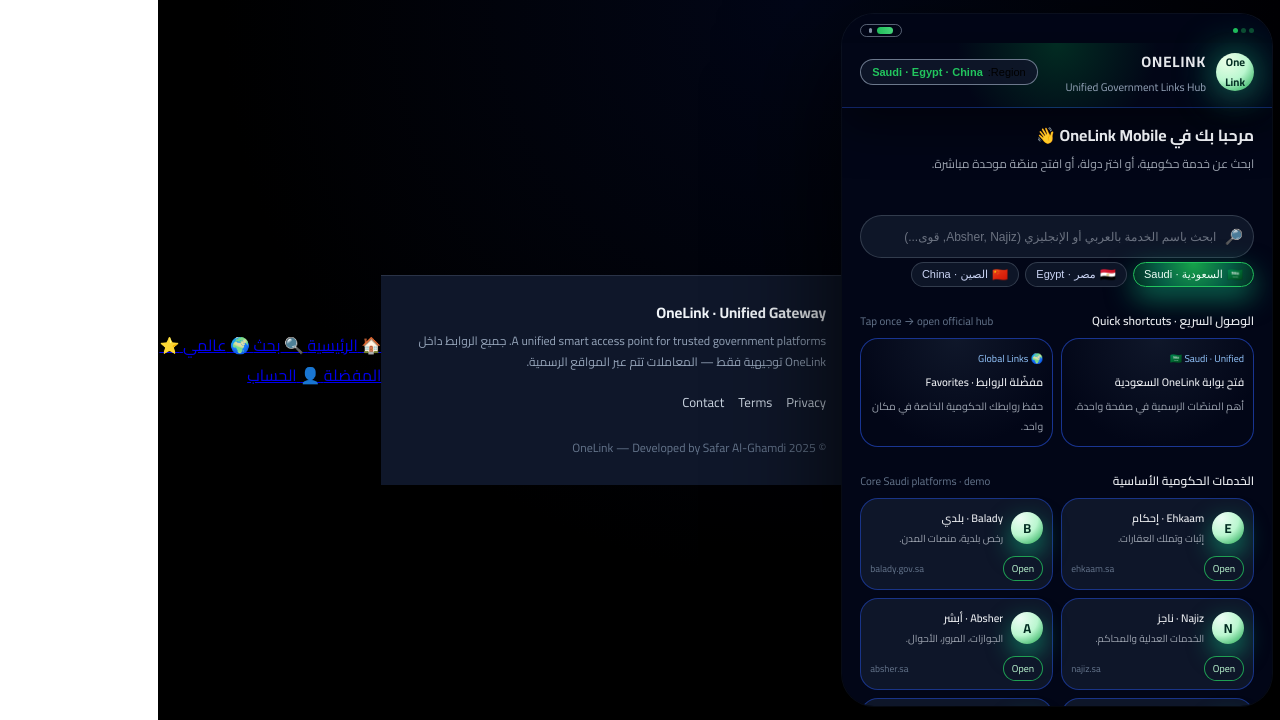
Repository: seesafar/GovLinksApp
Page: docs/app-ui/app-home-global.html
An editor plug-in stored every save of this project. The page is shown before and after a run of saves, followed by the edit.
The browser window is 1280 px wide. The pictures show the whole page.
An inner scrolling area shows only its first screen.

Above is the page before, as saved 2025-12-01 09:39:24.

### docs/app-ui/app-home-global.html
<!DOCTYPE html>
<html lang="ar" dir="rtl">
<head>
  <meta charset="UTF-8" />
  <title>OneLink Mobile · Home</title>
  <meta name="viewport" content="width=device-width, initial-scale=1.0" />

  <!-- خط Cairo (نفس طابع OneLink) -->
  <link rel="preconnect" href="https://fonts.googleapis.com" />
  <link rel="preconnect" href="https://fonts.gstatic.com" crossorigin />
  <link
    href="https://fonts.googleapis.com/css2?family=Cairo:wght@400;600;700&display=swap"
    rel="stylesheet"
  />

  <style>
    * {
      box-sizing: border-box;
      margin: 0;
      padding: 0;
    }

    body {
      min-height: 100vh;
      font-family: "Cairo", system-ui, -apple-system, "Segoe UI", sans-serif;
      background: radial-gradient(circle at top, #020617 0, #000 60%, #000 100%);
      display: flex;
      align-items: center;
      justify-content: center;
      color: #e5e7eb;
    }

    .app-frame {
      width: 100%;
      max-width: 430px;
      height: 820px;
      max-height: 96vh;
      border-radius: 32px;
      background: radial-gradient(circle at top, #020617 0, #020617 40%, #020617 100%);
      box-shadow:
        0 40px 120px rgba(0, 0, 0, 0.9),
        0 0 0 1px rgba(15, 23, 42, 0.9);
      overflow: hidden;
      display: flex;
      flex-direction: column;
      position: relative;
    }

    /* شريط علوي */
    .top-status {
      padding: 10px 18px 6px;
      display: flex;
      justify-content: space-between;
      align-items: center;
      font-size: 11px;
      color: #9ca3af;
    }

    .signal-dots {
      display: flex;
      gap: 3px;
    }

    .signal-dots span {
      width: 5px;
      height: 5px;
      border-radius: 999px;
      background: #22c55e;
      opacity: 0.35;
    }

    .signal-dots span:nth-child(3) {
      opacity: 1;
    }

    .battery {
      border-radius: 999px;
      padding: 2px 8px;
      border: 1px solid rgba(148, 163, 184, 0.6);
      display: flex;
      align-items: center;
      gap: 5px;
    }

    .battery-bar {
      width: 16px;
      height: 7px;
      border-radius: 999px;
      background: linear-gradient(90deg, #22c55e, #4ade80);
    }

    .battery-tip {
      width: 3px;
      height: 5px;
      border-radius: 2px;
      background: rgba(148, 163, 184, 0.9);
    }

    /* هيدر التطبيق */
    .app-header {
      padding: 4px 18px 10px;
      display: flex;
      justify-content: space-between;
      align-items: center;
      border-bottom: 1px solid rgba(30, 64, 175, 0.5);
      background: radial-gradient(circle at top, #022c22 0, #020617 45%, #020617 100%);
      box-shadow: 0 18px 45px rgba(0, 0, 0, 0.5);
    }

    .brand-left {
      display: flex;
      align-items: center;
      gap: 10px;
    }

    .brand-orb {
      width: 38px;
      height: 38px;
      border-radius: 999px;
      background: radial-gradient(circle at 30% 20%, #ecfee8, #bbf7d0, #16a34a);
      box-shadow:
        0 0 40px rgba(16, 185, 129, 0.8),
        0 8px 26px rgba(15, 23, 42, 0.9);
      display: flex;
      align-items: center;
      justify-content: center;
      font-size: 11px;
      color: #022c22;
      font-weight: 700;
    }

    .brand-texts {
      display: flex;
      flex-direction: column;
      gap: 1px;
    }

    .brand-texts h1 {
      font-size: 15px;
      letter-spacing: 0.06em;
    }

    .brand-texts span {
      font-size: 11px;
      color: #94a3b8;
    }

    .region-pill {
      font-size: 11px;
      border-radius: 999px;
      padding: 6px 11px;
      background: rgba(15, 23, 42, 0.9);
      border: 1px solid rgba(148, 163, 184, 0.7);
      display: inline-flex;
      align-items: center;
      gap: 5px;
      cursor: pointer;
    }

    .region-pill strong {
      color: #22c55e;
    }

    /* المحتوى */
    .content {
      flex: 1;
      padding: 10px 18px 12px;
      display: flex;
      flex-direction: column;
      gap: 12px;
      overflow-y: auto;
      scrollbar-width: thin;
      scrollbar-color: #22c55e transparent;
    }

    .welcome {
      margin-top: 2px;
    }

    .welcome h2 {
      font-size: 16px;
      margin-bottom: 2px;
    }

    .welcome p {
      font-size: 12px;
      color: #9ca3af;
    }

    /* البحث */
    .search-box {
      margin-top: 4px;
      background: rgba(15, 23, 42, 0.96);
      border-radius: 999px;
      border: 1px solid rgba(55, 65, 81, 0.9);
      padding: 6px 10px;
      display: flex;
      align-items: center;
      gap: 8px;
    }

    .search-icon {
      font-size: 15px;
      opacity: 0.9;
    }

    .search-input {
      flex: 1;
      border: none;
      outline: none;
      background: transparent;
      color: #e5e7eb;
      font-size: 12px;
    }

    .search-input::placeholder {
      color: #6b7280;
    }

    /* محوّل الدول السريع */
    .region-row {
      display: flex;
      gap: 6px;
      margin-top: 4px;
      flex-wrap: wrap;
    }

    .region-chip {
      border-radius: 999px;
      padding: 4px 10px;
      font-size: 11px;
      border: 1px solid rgba(55, 65, 81, 0.9);
      background: rgba(15, 23, 42, 0.92);
      color: #cbd5f5;
      display: inline-flex;
      align-items: center;
      gap: 4px;
      cursor: pointer;
    }

    .region-chip span.flag {
      font-size: 13px;
    }

    .region-chip--active {
      border-color: #22c55e;
      background: radial-gradient(circle at top, #16a34a 0, #065f46 55%, #022c22 100%);
      color: #ecfdf5;
      box-shadow: 0 10px 28px rgba(16, 185, 129, 0.6);
    }

    /* قسم المختصرات */
    .section-title {
      margin-top: 10px;
      font-size: 12px;
      color: #9ca3af;
      display: flex;
      justify-content: space-between;
      align-items: center;
    }

    .section-title span.label {
      font-weight: 600;
      color: #e5e7eb;
    }

    .section-title span.mini {
      font-size: 11px;
      color: #64748b;
    }

    .quick-actions {
      margin-top: 6px;
      display: grid;
      grid-template-columns: repeat(2, minmax(0, 1fr));
      gap: 8px;
    }

    .quick-card {
      border-radius: 18px;
      background: radial-gradient(circle at top, #0f172a 0, #020617 75%);
      border: 1px solid rgba(30, 64, 175, 0.8);
      padding: 10px 9px;
      font-size: 11px;
      display: flex;
      flex-direction: column;
      gap: 4px;
      cursor: pointer;
      transition: transform 0.14s ease, box-shadow 0.14s ease, border-color 0.14s ease;
    }

    .quick-card:hover {
      transform: translateY(-2px);
      box-shadow: 0 14px 30px rgba(15, 23, 42, 0.9);
      border-color: #22c55e;
    }

    .quick-tag {
      font-size: 10px;
      color: #93c5fd;
    }

    .quick-main {
      font-weight: 600;
    }

    .quick-sub {
      color: #9ca3af;
      font-size: 10.5px;
    }

    /* كروت الخدمات */
    .services-grid {
      margin-top: 6px;
      display: grid;
      grid-template-columns: repeat(2, minmax(0, 1fr));
      gap: 8px;
    }

    .service-card {
      border-radius: 18px;
      background: rgba(15, 23, 42, 0.98);
      border: 1px solid rgba(30, 64, 175, 0.7);
      padding: 9px 9px 8px;
      display: flex;
      flex-direction: column;
      gap: 5px;
      font-size: 11px;
      cursor: pointer;
      transition: transform 0.14s ease, box-shadow 0.14s ease, border-color 0.14s ease;
    }

    .service-card:hover {
      transform: translateY(-1px);
      border-color: #22c55e;
      box-shadow: 0 12px 28px rgba(15, 23, 42, 0.9);
    }

    .service-top {
      display: flex;
      gap: 8px;
      align-items: center;
    }

    .service-icon {
      width: 32px;
      height: 32px;
      border-radius: 999px;
      background: radial-gradient(circle at 30% 20%, #ecfdf5, #bbf7d0, #16a34a);
      display: flex;
      align-items: center;
      justify-content: center;
      color: #022c22;
      font-weight: 700;
      font-size: 13px;
      flex-shrink: 0;
      box-shadow: 0 10px 24px rgba(16, 185, 129, 0.65);
    }

    .service-names {
      flex: 1;
      display: flex;
      flex-direction: column;
      gap: 1px;
    }

    .service-title {
      font-weight: 600;
    }

    .service-sub {
      font-size: 10px;
      color: #9ca3af;
    }

    .service-meta {
      display: flex;
      justify-content: space-between;
      align-items: center;
      font-size: 10px;
      color: #9ca3af;
      margin-top: 3px;
    }

    .service-badge {
      border-radius: 999px;
      padding: 2px 8px;
      background: rgba(15, 23, 42, 0.98);
      border: 1px solid rgba(34, 197, 94, 0.8);
      color: #bbf7d0;
      font-size: 10px;
    }

    .service-link-mini {
      font-size: 9.5px;
      color: #64748b;
      direction: ltr;
    }

    /* ملحوظة أسفل الخدمات */
    .note {
      margin-top: 4px;
      font-size: 9.5px;
      color: #6b7280;
      text-align: center;
      line-height: 1.6;
    }

    /* التاب بار السفلي */
    .tabbar {
      height: 62px;
      border-top: 1px solid rgba(30, 64, 175, 0.6);
      background: radial-gradient(circle at top, #020617 0, #000 80%);
      display: flex;
      align-items: center;
      justify-content: space-around;
      padding: 6px 10px 8px;
    }

    .tab-item {
      display: flex;
      flex-direction: column;
      align-items: center;
      gap: 3px;
      font-size: 10px;
      color: #6b7280;
      cursor: pointer;
    }

    .tab-icon {
      width: 26px;
      height: 26px;
      border-radius: 999px;
      border: 1px solid rgba(55, 65, 81, 0.9);
      display: flex;
      align-items: center;
      justify-content: center;
      font-size: 13px;
    }

    .tab-item--active {
      color: #22c55e;
    }

    .tab-item--active .tab-icon {
      border-color: #22c55e;
      background: radial-gradient(circle at top, #16a34a 0, #022c22 70%);
      box-shadow: 0 12px 26px rgba(16, 185, 129, 0.7);
    }
  </style>
</head>
<body>
  <div data-include="../core/layout/header.html"></div>
  <div class="app-frame">
    <!-- شريط أعلى بسيط (إشارة جوال) -->
    <div class="top-status">
      <div class="signal-dots">
        <span></span><span></span><span></span>
      </div>
      <div class="battery">
        <div class="battery-bar"></div>
        <div class="battery-tip"></div>
      </div>
    </div>

    <!-- هيدر التطبيق -->
    <header class="app-header">
      <div class="brand-left">
        <div class="brand-orb">
          One<br>Link
        </div>
        <div class="brand-texts">
          <h1>ONELINK</h1>
          <span>Unified Government Links Hub</span>
        </div>
      </div>

      <button class="region-pill" type="button">
        <span>Region:</span>
        <strong>Saudi · Egypt · China</strong>
      </button>
    </header>
<div class="region-tabs">
  <!-- tabs السعودية - مصر - الصين - عالمي -->
</div>
    <!-- المحتوى الرئيسي -->
    <main class="content">
      <section class="welcome">
        <h2>مرحبا بك في OneLink Mobile 👋</h2>
        <p>ابحث عن خدمة حكومية، أو اختر دولة، أو افتح منصّة موحدة مباشرة.</p>
      </section>
<div class="global-search-box">
  <!-- صندوق البحث + الأيقونة -->
</div>
<div class="main-sections">
  <!-- الكروت: خدمات أساسية - اختصارات - روابط موثوقة -->
</div>
      <!-- البحث -->
      <section>
        <div class="search-box">
          <span class="search-icon">🔎</span>
          <input
            class="search-input"
            type="search"
            placeholder="ابحث باسم الخدمة بالعربي أو الإنجليزي (Absher, Najiz, قوى...)"
          />
        </div>

        <div class="region-row">
          <button class="region-chip region-chip--active" type="button">
            <span class="flag">🇸🇦</span> السعودية · Saudi
          </button>
          <button class="region-chip" type="button">
            <span class="flag">🇪🇬</span> مصر · Egypt
          </button>
          <button class="region-chip" type="button">
            <span class="flag">🇨🇳</span> الصين · China
          </button>
        </div>
      </section>

      <!-- مختصرات -->
      <section>
        <div class="section-title">
          <span class="label">الوصول السريع · Quick shortcuts</span>
          <span class="mini">Tap once → open official hub</span>
        </div>

        <div class="quick-actions">
          <div class="quick-card">
            <span class="quick-tag">🇸🇦 Saudi · Unified</span>
            <div class="quick-main">فتح بوابة OneLink السعودية</div>
            <div class="quick-sub">أهم المنصّات الرسمية في صفحة واحدة.</div>
          </div>

          <div class="quick-card">
            <span class="quick-tag">🌍 Global Links</span>
            <div class="quick-main">مفضّلة الروابط · Favorites</div>
            <div class="quick-sub">حفظ روابطك الحكومية الخاصة في مكان واحد.</div>
          </div>
        </div>
      </section>

      <!-- خدمات أساسية -->
      <section>
        <div class="section-title">
          <span class="label">الخدمات الحكومية الأساسية</span>
          <span class="mini">Core Saudi platforms · demo</span>
        </div>

        <div class="services-grid">
          <!-- Ehkaam -->
          <article class="service-card">
            <div class="service-top">
              <div class="service-icon">E</div>
              <div class="service-names">
                <div class="service-title">Ehkaam · إحكام</div>
                <div class="service-sub">إثبات وتملك العقارات.</div>
              </div>
            </div>
            <div class="service-meta">
              <span class="service-badge">Open</span>
              <span class="service-link-mini">ehkaam.sa</span>
            </div>
          </article>

          <!-- Balady -->
          <article class="service-card">
            <div class="service-top">
              <div class="service-icon">B</div>
              <div class="service-names">
                <div class="service-title">Balady · بلدي</div>
                <div class="service-sub">رخص بلدية، منصات المدن.</div>
              </div>
            </div>
            <div class="service-meta">
              <span class="service-badge">Open</span>
              <span class="service-link-mini">balady.gov.sa</span>
            </div>
          </article>

          <!-- Najiz -->
          <article class="service-card">
            <div class="service-top">
              <div class="service-icon">N</div>
              <div class="service-names">
                <div class="service-title">Najiz · ناجز</div>
                <div class="service-sub">الخدمات العدلية والمحاكم.</div>
              </div>
            </div>
            <div class="service-meta">
              <span class="service-badge">Open</span>
              <span class="service-link-mini">najiz.sa</span>
            </div>
          </article>

          <!-- Absher -->
          <article class="service-card">
            <div class="service-top">
              <div class="service-icon">A</div>
              <div class="service-names">
                <div class="service-title">Absher · أبشر</div>
                <div class="service-sub">الجوازات، المرور، الأحوال.</div>
              </div>
            </div>
            <div class="service-meta">
              <span class="service-badge">Open</span>
              <span class="service-link-mini">absher.sa</span>
            </div>
          </article>

          <!-- Tawakkalna -->
          <article class="service-card">
            <div class="service-top">
              <div class="service-icon">T</div>
              <div class="service-names">
                <div class="service-title">Tawakkalna · توكلنا</div>
                <div class="service-sub">هوية رقمية وخدمات عامة.</div>
              </div>
            </div>
            <div class="service-meta">
              <span class="service-badge">Open</span>
              <span class="service-link-mini">tawakkalna.sa</span>
            </div>
          </article>

          <!-- Nafath -->
          <article class="service-card">
            <div class="service-top">
              <div class="service-icon">ID</div>
              <div class="service-names">
                <div class="service-title">Nafath · نفاذ</div>
                <div class="service-sub">دخول موحّد للخدمات الرقمية.</div>
              </div>
            </div>
            <div class="service-meta">
              <span class="service-badge">Open</span>
              <span class="service-link-mini">iam.gov.sa</span>
            </div>
          </article>
        </div>
      </section>

      <p class="note">
        هذا التصميم واجهة تجريبية (Concept UI) لتطبيق OneLink Mobile — جميع الروابط
        الحقيقية ستفتح دائماً في المواقع الحكومية الرسمية فقط.
      </p>
       </main>
  </div> <!-- end app-frame -->

  <!-- الفوتر العام للموقع (اختياري) -->
  <div data-include="../core/layout/footer.html"></div>

  <!-- شريط التبويب السفلي الموحد -->
  <div data-include="../core/layout/bottom-nav.html"></div>

  <!-- ملف دمج الهيدر/الفوتر -->
  <script src="../core/js/include.js"></script>
</body>
</html>

### core/i18n/include.js
// include.js
// =======================
// Universal Header & Footer Loader
// For OneLink (Saudi - Egypt - China - EN)
// =======================

async function includeHTML() {

  const elements = document.querySelectorAll("[data-include]");

  for (const el of elements) {
    const file = el.getAttribute("data-include");

    try {
      const response = await fetch(file);

      if (!response.ok) {
        el.innerHTML = `<div style="color:red">Error loading: ${file}</div>`;
        continue;
      }

      const html = await response.text();
      el.innerHTML = html;
    } catch (err) {
      el.innerHTML = `<div style="color:red">Include failed: ${file}</div>`;
    }
  }
}

// Run on page load
document.addEventListener("DOMContentLoaded", includeHTML);

### core/i18n/header.html
<header class="ol-docs-header">
  <div class="ol-docs-header-inner">
    <!-- الشعار + اسم OneLink -->
    <a href="index-en.html" class="ol-docs-brand">
      <div class="ol-docs-logo-circle">OL</div>
      <div class="ol-docs-brand-text">
        <span class="ol-docs-brand-title">OneLink</span>
        <span class="ol-docs-brand-sub">Unified Government Services</span>
      </div>
    </a>

    <!-- روابط التنقّل الرئيسية -->
    <nav class="ol-docs-nav">
      <a href="index-en.html">Home</a>
      <a href="about-en.html">About OneLink</a>
      <a href="services-sa.html">Saudi</a>
      <a href="services-egypt.html">Egypt</a>
      <a href="services-china.html">China</a>
    </nav>

    <!-- التحويل بين AR / EN للـ docs -->
    <div class="ol-docs-lang">
      <a href="index-ar.html">العربية</a>
      <span class="ol-docs-lang-sep">·</span>
      <a href="index-en.html" class="is-active">EN</a>
    </div>
  </div>
</header>

### core/i18n/footer.html
<footer class="onelink-footer">
  <div class="footer-inner">

    <div class="footer-left">
      <h3 class="footer-title">OneLink · Unified Gateway</h3>
      <p class="footer-desc">
        A unified smart access point for trusted government platforms.
        جميع الروابط داخل OneLink توجيهية فقط — المعاملات تتم عبر المواقع الرسمية.
      </p>
    </div>

    <div class="footer-links">
      <a href="#">Privacy</a>
      <a href="#">Terms</a>
      <a href="#">Contact</a>
    </div>

    <div class="footer-copy">
      © 2025 OneLink — Developed by Safar Al-Ghamdi
    </div>

  </div>
</footer>

<style>
  .onelink-footer {
    background: #0f172a;
    border-top: 1px solid rgba(148, 163, 184, 0.2);
    padding: 22px 0 26px;
    margin-top: 40px;
    color: #cbd5e1;
    font-family: "Cairo", sans-serif;
  }

  .footer-inner {
    max-width: 1100px;
    margin: 0 auto;
    padding: 0 16px;
    display: flex;
    flex-direction: column;
    gap: 18px;
  }

  .footer-title {
    font-size: 15px;
    font-weight: 700;
    margin-bottom: 4px;
    color: #f1f5f9;
  }

  .footer-desc {
    font-size: 12px;
    color: #94a3b8;
    line-height: 1.7;
  }

  .footer-links {
    display: flex;
    gap: 14px;
    font-size: 13px;
  }

  .footer-links a {
    color: #cbd5e1;
    text-decoration: none;
  }

  .footer-links a:hover {
    color: #38bdf8;
  }

  .footer-copy {
    font-size: 12px;
    color: #64748b;
    margin-top: 4px;
  }
</style>

### core/i18n/bottom-nav.html
<nav class="bottom-nav">
  <a href="../app-ui/app-home-global.html" class="nav-item" data-tab="home">
    <span class="nav-icon">🏠</span>
    <span class="nav-label">الرئيسية</span>
  </a>

  <a href="../app-ui/app-deep-search.html" class="nav-item" data-tab="search">
    <span class="nav-icon">🔍</span>
    <span class="nav-label">بحث</span>
  </a>

  <a href="../app-ui/app-global-hub.html" class="nav-item" data-tab="hub">
    <span class="nav-icon">🌍</span>
    <span class="nav-label">عالمي</span>
  </a>

  <a href="../app-ui/app-favorites-global.html" class="nav-item" data-tab="fav">
    <span class="nav-icon">⭐</span>
    <span class="nav-label">المفضلة</span>
  </a>

  <a href="../app-ui/app-account.html" class="nav-item" data-tab="account">
    <span class="nav-icon">👤</span>
    <span class="nav-label">الحساب</span>
  </a>
</nav>

After the next 2 saves:
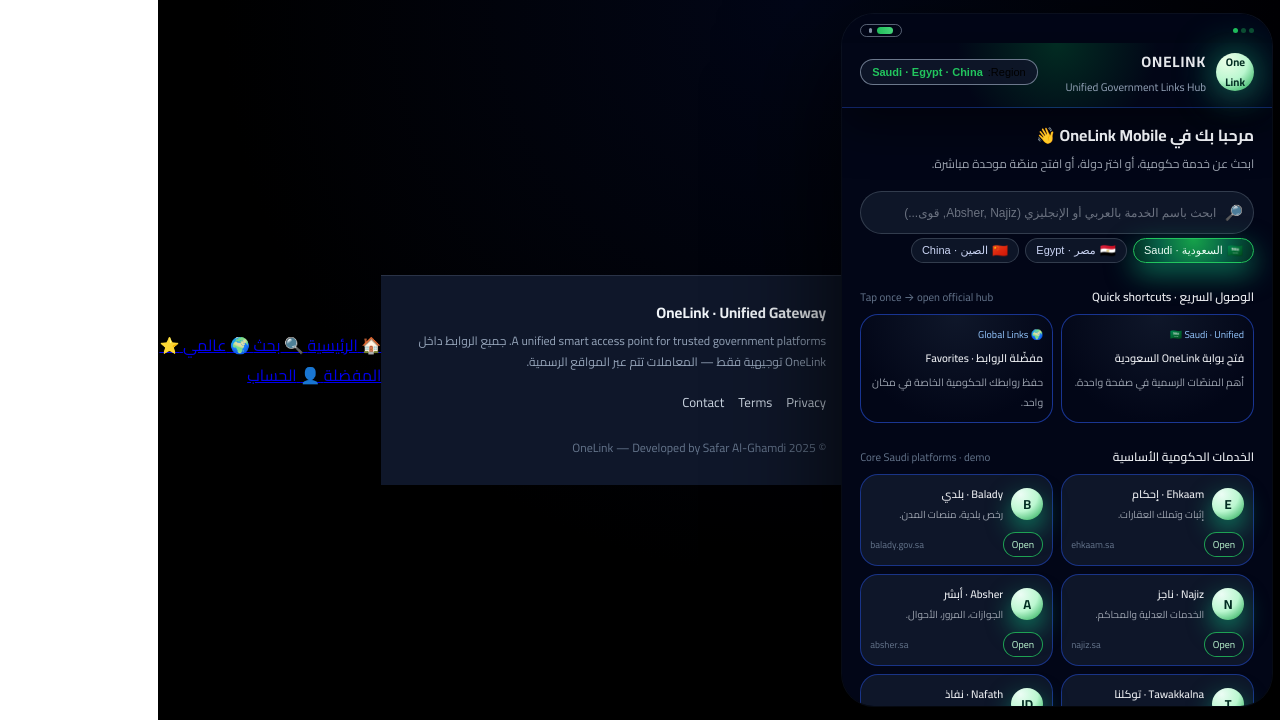
The 2 saves are shown as one change because they came seconds apart.
The last was saved 6 min 8 s later.
--- a/docs/app-ui/app-home-global.html
+++ b/docs/app-ui/app-home-global.html
@@ -405,52 +405,11 @@
       text-align: center;
       line-height: 1.6;
     }
-
-    /* التاب بار السفلي */
-    .tabbar {
-      height: 62px;
-      border-top: 1px solid rgba(30, 64, 175, 0.6);
-      background: radial-gradient(circle at top, #020617 0, #000 80%);
-      display: flex;
-      align-items: center;
-      justify-content: space-around;
-      padding: 6px 10px 8px;
-    }
-
-    .tab-item {
-      display: flex;
-      flex-direction: column;
-      align-items: center;
-      gap: 3px;
-      font-size: 10px;
-      color: #6b7280;
-      cursor: pointer;
-    }
-
-    .tab-icon {
-      width: 26px;
-      height: 26px;
-      border-radius: 999px;
-      border: 1px solid rgba(55, 65, 81, 0.9);
-      display: flex;
-      align-items: center;
-      justify-content: center;
-      font-size: 13px;
-    }
-
-    .tab-item--active {
-      color: #22c55e;
-    }
-
-    .tab-item--active .tab-icon {
-      border-color: #22c55e;
-      background: radial-gradient(circle at top, #16a34a 0, #022c22 70%);
-      box-shadow: 0 12px 26px rgba(16, 185, 129, 0.7);
-    }
   </style>
 </head>
 <body>
   <div data-include="../core/layout/header.html"></div>
+
   <div class="app-frame">
     <!-- شريط أعلى بسيط (إشارة جوال) -->
     <div class="top-status">
@@ -480,21 +439,14 @@
         <strong>Saudi · Egypt · China</strong>
       </button>
     </header>
-<div class="region-tabs">
-  <!-- tabs السعودية - مصر - الصين - عالمي -->
-</div>
+
     <!-- المحتوى الرئيسي -->
     <main class="content">
       <section class="welcome">
         <h2>مرحبا بك في OneLink Mobile 👋</h2>
         <p>ابحث عن خدمة حكومية، أو اختر دولة، أو افتح منصّة موحدة مباشرة.</p>
       </section>
-<div class="global-search-box">
-  <!-- صندوق البحث + الأيقونة -->
-</div>
-<div class="main-sections">
-  <!-- الكروت: خدمات أساسية - اختصارات - روابط موثوقة -->
-</div>
+
       <!-- البحث -->
       <section>
         <div class="search-box">
@@ -645,10 +597,10 @@
         هذا التصميم واجهة تجريبية (Concept UI) لتطبيق OneLink Mobile — جميع الروابط
         الحقيقية ستفتح دائماً في المواقع الحكومية الرسمية فقط.
       </p>
-       </main>
+    </main>
   </div> <!-- end app-frame -->
 
-  <!-- الفوتر العام للموقع (اختياري) -->
+  <!-- الفوتر العام للموقع -->
   <div data-include="../core/layout/footer.html"></div>
 
   <!-- شريط التبويب السفلي الموحد -->
